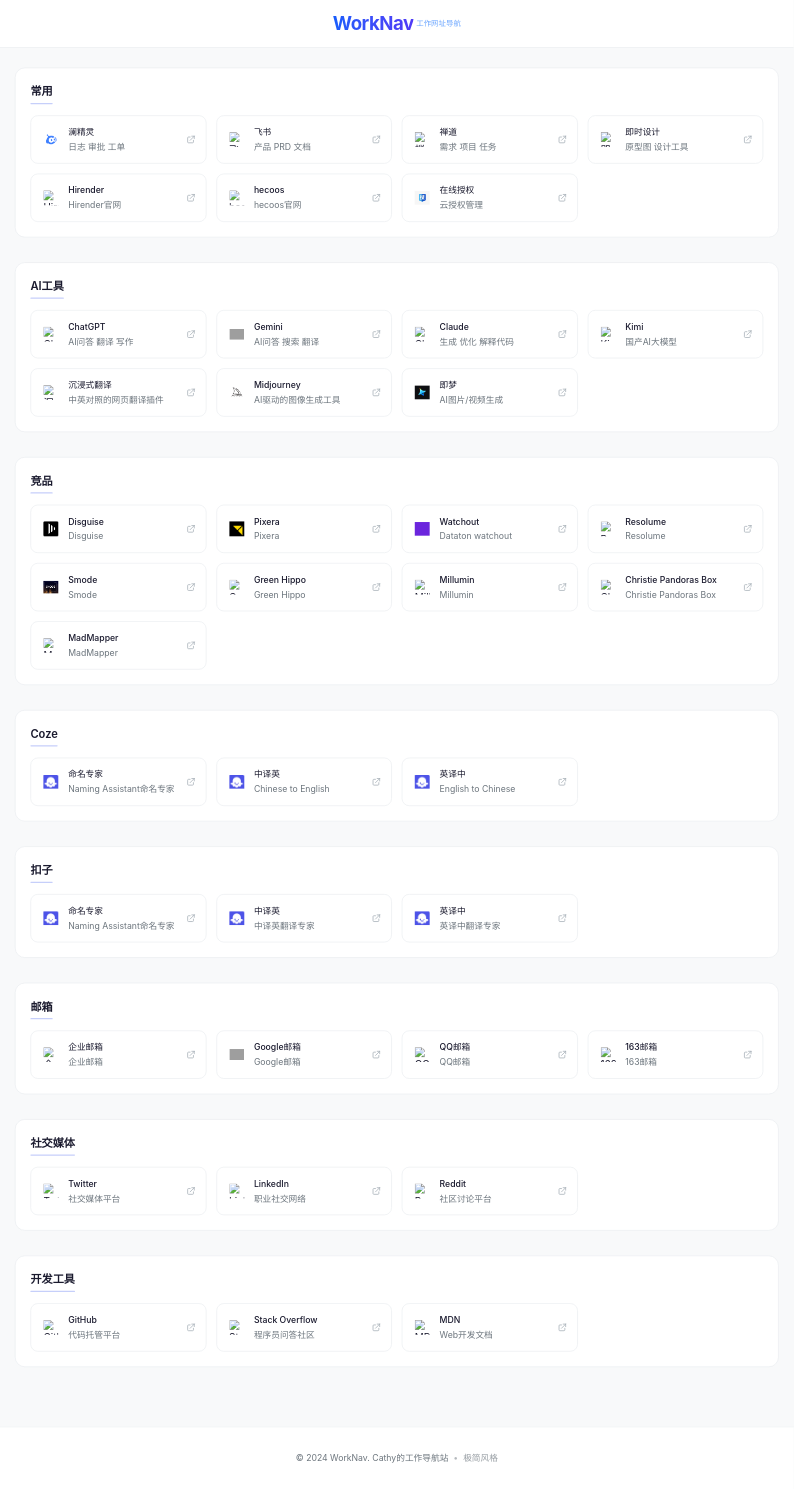
Repository: SweetPomelo0/WorkNav
Page: /
An editor plug-in stored every save of this project. The page is shown before and after the next save, followed by the edit.
The browser window is 1280 px wide. The pictures show the whole page, at 62% of full size.
Pictures or frames that could not be fetched are drawn as grey boxes. The project was rebuilt for these pictures with package versions that can differ from the ones it lists, and the page was loaded fresh each time. The framework's server and built-in components were replaced by stand-ins that run in the browser. Also part of the build but not shown: next.config.ts.

Above is the page before, as saved 2025-07-26 21:14:19.

### src/app/layout.tsx
import type { Metadata } from "next";
import { Geist, Geist_Mono } from "next/font/google";
import "./globals.css";

const geistSans = Geist({
  variable: "--font-geist-sans",
  subsets: ["latin"],
});

const geistMono = Geist_Mono({
  variable: "--font-geist-mono",
  subsets: ["latin"],
});

export const metadata: Metadata = {
  title: "WorkNav - 工作网址导航",
  description: "一个简洁的工作网址导航页面",
};

export default function RootLayout({
  children,
}: Readonly<{
  children: React.ReactNode;
}>) {
  return (
    <html lang="en">
      <body
        className={`${geistSans.variable} ${geistMono.variable} antialiased`}
      >
        {children}
      </body>
    </html>
  );
}

### src/app/page.tsx
export default function Home() {
  // 定义导航分类和链接
  const categories = [
    {
      title: "常用",
      links: [
        { name: "澜精灵", url: "https://www.lanerp.com/Admin/index/index.html", desc: "日志 审批 工单", icon: "/img/lanjingling.png" },
        { name: "飞书", url: "https://enlightv.feishu.cn/wiki/D6Z1wOai9iVI4bkVlumcJprDn2e?fromScene=spaceOverview", desc: "产品 PRD 文档", icon: "https://feishu.cn/favicon.ico" },
        { name: "禅道", url: "https://enlightv.zentaopm.com/my/", desc: "需求 项目 任务", icon: "https://enlightv.zentaopm.com/favicon.ico" },
        { name: "即时设计", url: "https://js.design/recent", desc: "原型图 设计工具", icon: "https://img.js.design/assets/webImg/favicon.ico" },
        { name: "Hirender", url: "https://www.hirender.com/#/home", desc: "Hirender官网", icon: "https://www.hirender.com/favicon.ico" },
        { name: "hecoos", url: "https://www.hecoos.com/web/#/home", desc: "hecoos官网", icon: "https://www.hecoos.com/favicon.ico" },
        { name: "在线授权", url: "https://license.enlightv.com/web/", desc: "云授权管理", icon: "data:[embedded picture, 6295 characters]" },
      ]
    },
    {
      title: "AI工具",
      links: [
        { name: "ChatGPT", url: "https://chatgpt.com/", desc: "AI问答 翻译 写作", icon: "https://cdn.oaistatic.com/assets/favicon-180x180-od45eci6.webp" },
        { name: "Gemini", url: "https://gemini.google.com/app", desc: "AI问答 搜索 翻译", icon: "https://www.gstatic.com/lamda/images/gemini_sparkle_4g_512_lt_f94943af3be039176192d.png" },
        { name: "Claude", url: "https://claude.ai/", desc: "生成 优化 解释代码", icon: "https://claude.ai/favicon.ico" },
        { name: "Kimi", url: "https://www.kimi.com/", desc: "国产AI大模型", icon: "https://www.kimi.com/favicon.ico" },
        { name: "沉浸式翻译", url: "https://immersivetranslate.com/zh-Hans/?utm_source=ai-bot.cn", desc: "中英对照的网页翻译插件", icon: "https://immersivetranslate.com/favicon.ico" },
        { name: "Midjourney", url: "https://www.midjourney.com/explore?tab=video_top", desc: "AI驱动的图像生成工具", icon: "/img/mj.png" },
        { name: "即梦", url: "https://jimeng.jianying.com/ai-tool/home", desc: "AI图片/视频生成", icon: "/img/jimeng.png" }

      ]
    },
    {
      title: "竞品",
      links: [
        { name: "Disguise", url: "https://www.disguise.one/en", desc: "Disguise", icon: "/img/disguise.png" },
        { name: "Pixera", url: "https://pixera.one/zh/software/overview/", desc: "Pixera", icon: "/img/pixera.png" },
        { name: "Watchout", url: "https://www.dataton.com/", desc: "Dataton watchout", icon: "/img/watchout.png" },
        { name: "Resolume", url: "https://resolume.com/", desc: "Resolume", icon: "https://resolume.com/images/favicons/apple-touch-icon.png" },
        { name: "Smode", url: "https://www.smode.io/en/", desc: "Smode", icon: "/img/smode.png" },
        { name: "Green Hippo", url: "https://www.green-hippo.com/", desc: "Green Hippo", icon: "https://www.green-hippo.com/wp-content/themes/greenhippo/assets/icons/favicon.ico" },
        { name: "Millumin", url: "https://millumin.com/v5/index.php", desc: "Millumin", icon: "https://www.millumin.com/favicon/apple-icon-180x180.png" },
        { name: "Christie Pandoras Box", url: "https://www.christiedigital.com/products/christie-pandoras-box/", desc: "Christie Pandoras Box", icon: "https://www.christiedigital.com/apple-touch-icon.png" },
        { name: "MadMapper", url: "https://madmapper.com/madmapper/software", desc: "MadMapper", icon: "https://madmapper.com/images/favicon/apple-touch-icon.png" }

      ]
    },
    {
      title: "Coze",
      links: [
        { name: "命名专家", url: "https://www.coze.com/store/agent/7530562770308956161?bot_id=true", desc: "Naming Assistant命名专家", icon: "/img/coze.png" },
        { name: "中译英", url: "https://www.coze.com/store/agent/7530572378075152440?bot_id=true", desc: "Chinese to English", icon: "/img/coze.png" },
        { name: "英译中", url: "https://www.coze.com/store/agent/7530572202144694273?bot_id=true", desc: "English to Chinese", icon: "/img/coze.png" }
      ]
    },
    {
      title: "扣子",
      links: [
        { name: "命名专家", url: "https://www.coze.cn/store/agent/7530571775823577130?bot_id=true", desc: "Naming Assistant命名专家", icon: "/img/coze.png" },
        { name: "中译英", url: "https://www.coze.cn/store/agent/7530581452909035572?bot_id=true", desc: "中译英翻译专家", icon: "/img/coze.png" },
        { name: "英译中", url: "https://www.coze.cn/store/agent/7530581958234193970?bot_id=true", desc: "英译中翻译专家", icon: "/img/coze.png" }
      ]
    },
    {
      title: "邮箱",
      links: [
        { name: "企业邮箱", url: "https://exmail.qq.com/cgi-bin/frame_html?sid=qPUC22bEtIEF7kUt,2&sign_type=&r=586a2a390ca023395a120877ca5870f0", desc: "企业邮箱", icon: "https://exmail.qq.com/favicon.ico" },
        { name: "Google邮箱", url: "https://mail.google.com/mail/u/0/#inbox", desc: "Google邮箱", icon: "https://ssl.gstatic.com/ui/v1/icons/mail/rfr/gmail.ico" },
        { name: "QQ邮箱", url: "https://mail.qq.com/", desc: "QQ邮箱", icon: "https://mail.qq.com/favicon.ico" },
        { name: "163邮箱", url: "https://mail.163.com/", desc: "163邮箱", icon: "https://mail.163.com/favicon.ico" }
      ]
    },
    {
      title: "社交媒体",
      links: [
        { name: "Twitter", url: "https://twitter.com", desc: "社交媒体平台", icon: "https://twitter.com/favicon.ico" },
        { name: "LinkedIn", url: "https://www.linkedin.com", desc: "职业社交网络", icon: "https://www.linkedin.com/favicon.ico" },
        { name: "Reddit", url: "https://www.reddit.com", desc: "社区讨论平台", icon: "https://www.reddit.com/favicon.ico" }
      ]
    },
    {
      title: "开发工具",
      links: [
        { name: "GitHub", url: "https://github.com", desc: "代码托管平台", icon: "https://github.com/favicon.ico" },
        { name: "Stack Overflow", url: "https://stackoverflow.com", desc: "程序员问答社区", icon: "https://stackoverflow.com/favicon.ico" },
        { name: "MDN", url: "https://developer.mozilla.org", desc: "Web开发文档", icon: "https://developer.mozilla.org/favicon.ico" },
      ]
    }

  ];

  return (
    <div className="min-h-screen" style={{ background: 'var(--background)', color: 'var(--text-primary)' }}>
      {/* Header */}
      <header style={{ background: 'var(--header-bg)', borderBottom: '1px solid var(--card-border)' }}>
        <div className="max-w-7xl mx-auto px-6 py-5">
          <div className="text-center flex items-center justify-center gap-1">
            <h1 className="text-3xl font-bold tracking-tight bg-clip-text text-transparent bg-gradient-to-r from-blue-600 to-indigo-600 dark:from-blue-400 dark:to-indigo-400">WorkNav</h1>
            <div className="inline-flex items-center">
              <span className="text-xs font-medium text-blue-500/70 dark:text-blue-400/70">工作网址导航</span>
            </div>
          </div>
        </div>
      </header>

      {/* Main Content */}
       <main className="max-w-7xl mx-auto px-6 py-8">
         <div className="space-y-10">
           {categories.map((category, index) => (
             <div
               key={index}
               style={{
                 background: 'var(--card-bg)',
                 borderColor: 'var(--card-border)'
               }}
               className="rounded-2xl border p-6 transition-all duration-300 hover:shadow-lg"
             >
               <h2
                 className="text-lg font-semibold mb-6 relative inline-block"
                 style={{ color: 'var(--text-primary)' }}
               >
                 <span className="relative z-10">{category.title}</span>
                 <span
                  className="absolute bottom-0 left-0 w-full h-0.5 rounded-full opacity-30"
                  style={{ background: 'var(--accent)', transform: 'translateY(6px)' }}
                ></span>
               </h2>
               <div className="grid grid-cols-1 sm:grid-cols-2 lg:grid-cols-3 xl:grid-cols-4 gap-4">
                 {category.links.map((link, linkIndex) => (
                   <a
                     key={linkIndex}
                     href={link.url}
                     target="_blank"
                     rel="noopener noreferrer"
                     style={{
                       borderColor: 'var(--card-border)',
                       background: 'var(--card-bg)'
                     }}
                     className="block p-4 rounded-xl border hover:shadow-md transition-all duration-200 group relative"
                   >

                     <div className="flex items-center justify-between">
                       <div className="flex items-center flex-1">
                         <div className="w-8 h-8 mr-3 flex-shrink-0 flex items-center justify-center">
                           {link.icon ? (
                             <img
                               src={link.icon}
                               alt={`${link.name} icon`}
                               className="w-6 h-6 object-contain"
                             />
                           ) : (
                             <div
                               style={{ background: 'var(--card-hover)' }}
                               className="w-6 h-6 rounded-md flex items-center justify-center"
                             >
                               <span style={{ color: 'var(--text-secondary)' }} className="text-xs font-medium">
                                 {link.name.charAt(0).toUpperCase()}
                               </span>
                             </div>
                           )}
                         </div>
                         <div className="flex-1">
                           <h3
                             style={{ color: 'var(--text-primary)' }}
                             className="text-sm font-medium group-hover:text-blue-600 dark:group-hover:text-blue-400 transition-colors"
                           >
                             {link.name}
                           </h3>
                           <p
                             style={{ color: 'var(--text-secondary)' }}
                             className="text-sm mt-1"
                           >
                             {link.desc}
                           </p>
                         </div>
                       </div>
                       <svg
                         className="w-4 h-4 transition-colors ml-3 flex-shrink-0 group-hover:translate-x-1"
                         style={{ color: 'var(--text-tertiary)' }}
                         fill="none"
                         stroke="currentColor"
                         viewBox="0 0 24 24"
                       >
                         <path
                           strokeLinecap="round"
                           strokeLinejoin="round"
                           strokeWidth={2}
                           d="M10 6H6a2 2 0 00-2 2v10a2 2 0 002 2h10a2 2 0 002-2v-4M14 4h6m0 0v6m0-6L10 14"
                         />
                       </svg>
                     </div>
                   </a>
                 ))}
               </div>
             </div>
           ))}
         </div>
       </main>

      {/* Footer */}
      <footer style={{ borderTop: '1px solid var(--card-border)', background: 'var(--footer-bg)' }} className="mt-16">
        <div className="max-w-7xl mx-auto px-6 py-10">
          <div className="text-center">
            <p style={{ color: 'var(--text-secondary)' }} className="text-sm">
              © 2024 WorkNav. Cathy的工作导航站
              <span className="inline-block mx-2 opacity-50">•</span>
              <span className="opacity-70">极简风格</span>
            </p>
          </div>
        </div>
      </footer>
    </div>
  );
}

### src/app/globals.css
@import "tailwindcss";

:root {
  --background: #f8f9fa;
  --foreground: #1a1a2e;
  --card-bg: #ffffff;
  --card-border: #e9ecef;
  --card-hover: #f1f3f5;
  --accent: #4361ee;
  --accent-hover: #3a56d4;
  --text-primary: #1a1a2e;
  --text-secondary: #6c757d;
  --text-tertiary: #adb5bd;
  --header-bg: #ffffff;
  --footer-bg: #ffffff;
}

@theme inline {
  --color-background: var(--background);
  --color-foreground: var(--foreground);
  --font-sans: var(--font-geist-sans);
  --font-mono: var(--font-geist-mono);
}

@media (prefers-color-scheme: dark) {
  :root {
    --background: #121212;
    --foreground: #f8f9fa;
    --card-bg: #1e1e1e;
    --card-border: #2d2d2d;
    --card-hover: #2a2a2a;
    --accent: #4361ee;
    --accent-hover: #5a72f0;
    --text-primary: #f8f9fa;
    --text-secondary: #adb5bd;
    --text-tertiary: #6c757d;
    --header-bg: #1a1a1a;
    --footer-bg: #1a1a1a;
  }
}

body {
  background: var(--background);
  color: var(--foreground);
  font-family:
    "Inter",
    -apple-system,
    BlinkMacSystemFont,
    "Segoe UI",
    Roboto,
    Oxygen,
    Ubuntu,
    Cantarell,
    "Open Sans",
    "Helvetica Neue",
    sans-serif;
}

/* 平滑滚动和过渡效果 */
html {
  scroll-behavior: smooth;
}

* {
  transition:
    background-color 0.2s ease,
    border-color 0.2s ease,
    transform 0.2s ease;
}

/* 自定义滚动条 */
::-webkit-scrollbar {
  width: 8px;
  height: 8px;
}

::-webkit-scrollbar-track {
  background: transparent;
}

::-webkit-scrollbar-thumb {
  background: var(--text-tertiary);
  border-radius: 4px;
}

::-webkit-scrollbar-thumb:hover {
  background: var(--text-secondary);
}

After the next save:
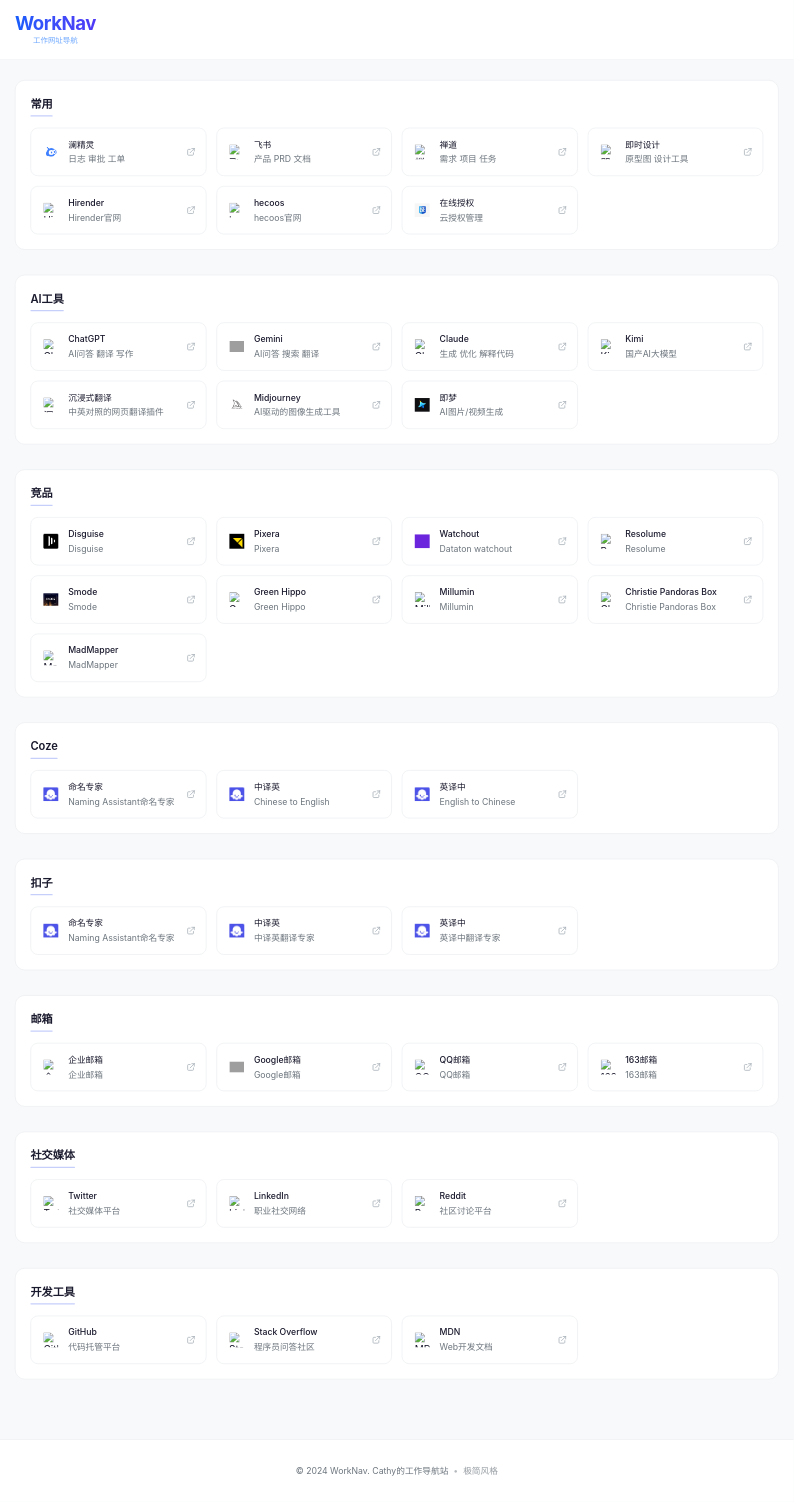
Saved 15 s later.
--- a/src/app/page.tsx
+++ b/src/app/page.tsx
@@ -90,9 +90,11 @@
       {/* Header */}
       <header style={{ background: 'var(--header-bg)', borderBottom: '1px solid var(--card-border)' }}>
         <div className="max-w-7xl mx-auto px-6 py-5">
-          <div className="text-center flex items-center justify-center gap-1">
-            <h1 className="text-3xl font-bold tracking-tight bg-clip-text text-transparent bg-gradient-to-r from-blue-600 to-indigo-600 dark:from-blue-400 dark:to-indigo-400">WorkNav</h1>
-            <div className="inline-flex items-center">
+          <div className="text-center inline-flex flex-col items-center justify-center">
+            <div className="flex items-center">
+              <h1 className="text-3xl font-bold tracking-tight bg-clip-text text-transparent bg-gradient-to-r from-blue-600 to-indigo-600 dark:from-blue-400 dark:to-indigo-400">WorkNav</h1>
+            </div>
+            <div className="-mt-1">
               <span className="text-xs font-medium text-blue-500/70 dark:text-blue-400/70">工作网址导航</span>
             </div>
           </div>

After the save that followed:
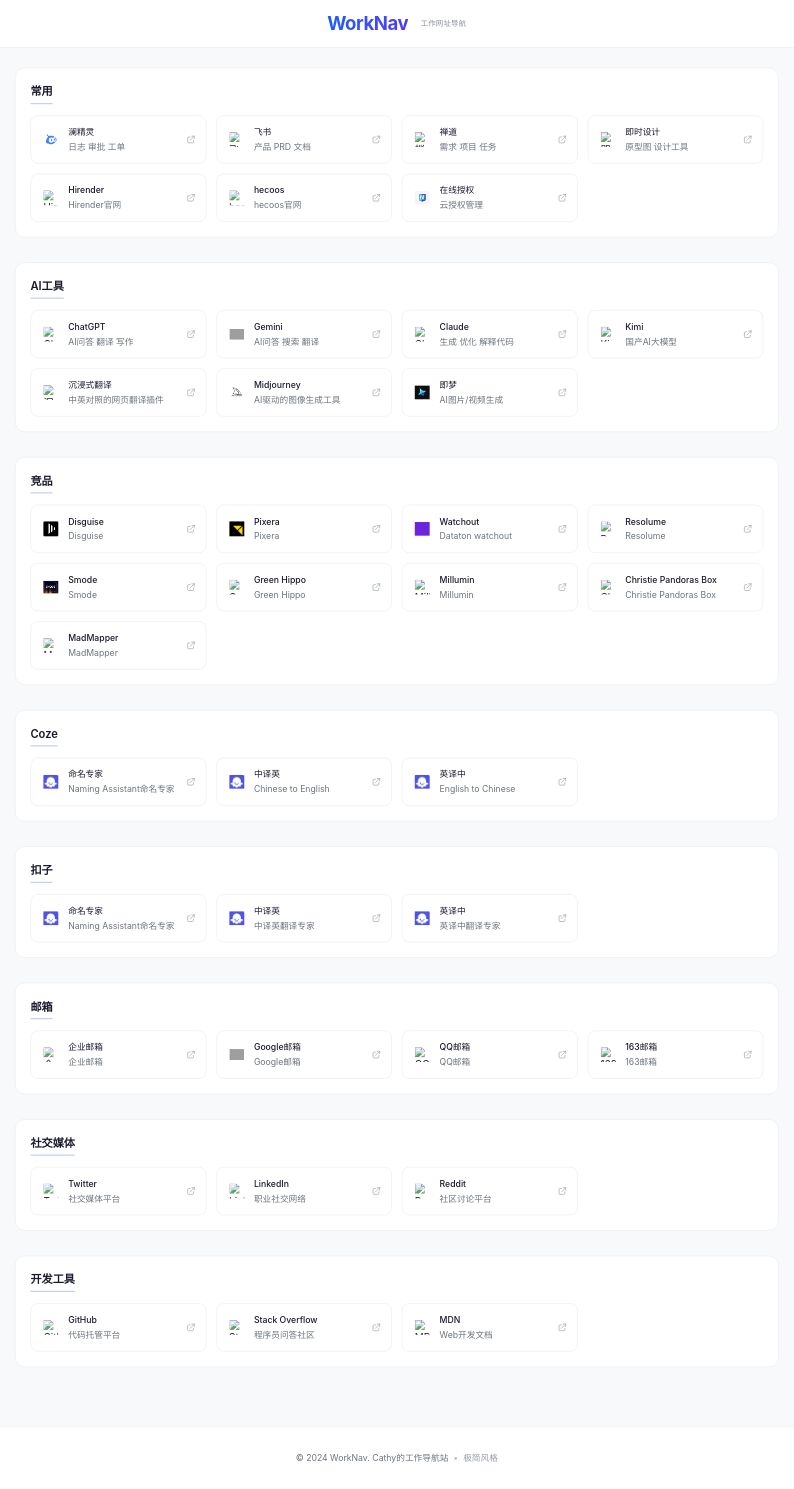
Saved 17 s later.
--- a/src/app/page.tsx
+++ b/src/app/page.tsx
@@ -90,12 +90,10 @@
       {/* Header */}
       <header style={{ background: 'var(--header-bg)', borderBottom: '1px solid var(--card-border)' }}>
         <div className="max-w-7xl mx-auto px-6 py-5">
-          <div className="text-center inline-flex flex-col items-center justify-center">
-            <div className="flex items-center">
-              <h1 className="text-3xl font-bold tracking-tight bg-clip-text text-transparent bg-gradient-to-r from-blue-600 to-indigo-600 dark:from-blue-400 dark:to-indigo-400">WorkNav</h1>
-            </div>
-            <div className="-mt-1">
-              <span className="text-xs font-medium text-blue-500/70 dark:text-blue-400/70">工作网址导航</span>
+          <div className="text-center flex items-center justify-center gap-3">
+            <h1 className="text-3xl font-bold tracking-tight bg-clip-text text-transparent bg-gradient-to-r from-blue-600 to-indigo-600 dark:from-blue-400 dark:to-indigo-400">WorkNav</h1>
+            <div className="ml-2 inline-flex items-center">
+              <span className="text-xs text-gray-500/80 dark:text-gray-400/80 tracking-wide">工作网址导航</span>
             </div>
           </div>
         </div>
